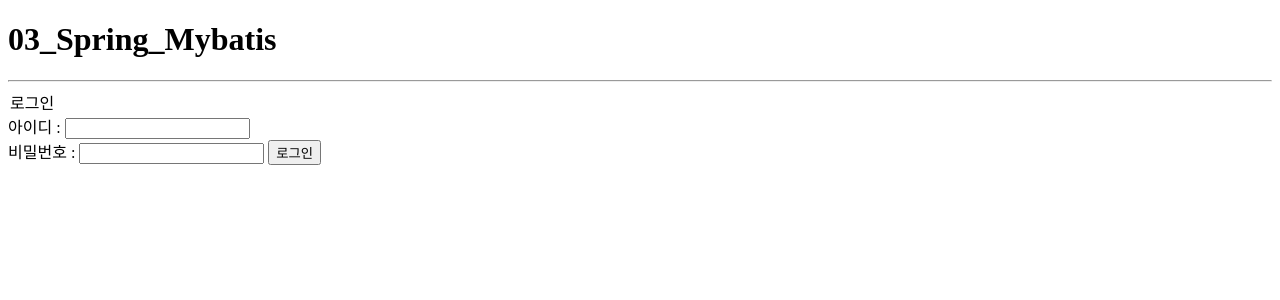
Repository: loseminho/khAcademy-Study
Page: http://localhost/03_Spring_Mybatis/
The author's editor kept a copy of each file at every save. The page is drawn from the files as they stood at one save, then again after the next save.
The browser window is 1280 px wide. The pictures show the whole page.
The page is served by Tomcat 9.

Above is the page before, as saved 2022-10-06 06:11:29.

After the next save:
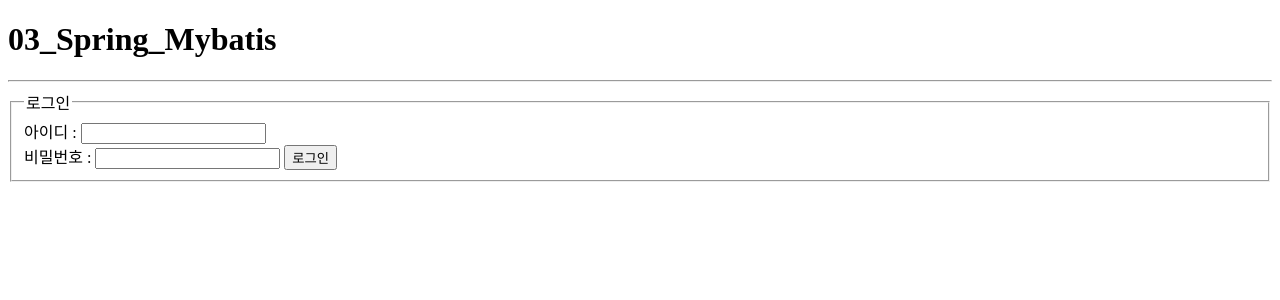
Saved 44 s later.
--- a/spring/workspace-sts-3.9.13.RELEASE/03_Spring_Mybatis/src/main/webapp/index.jsp
+++ b/spring/workspace-sts-3.9.13.RELEASE/03_Spring_Mybatis/src/main/webapp/index.jsp
@@ -13,12 +13,12 @@
 	<c:choose>
 		<c:when test="${empty sessionScope.m }">
 			<form action="/login.do" method="post">
-				<filedset>
+				<fieldset>
 					<legend>로그인</legend>
 					아이디 : <input type="text" name="memberId"><br>
 					비밀번호 : <input type="password" name="memberPw">
 					<input type="submit" value="로그인">
-				</filedset>
+				</fieldset>
 			</form>
 		</c:when>
 		<c:otherwise>
